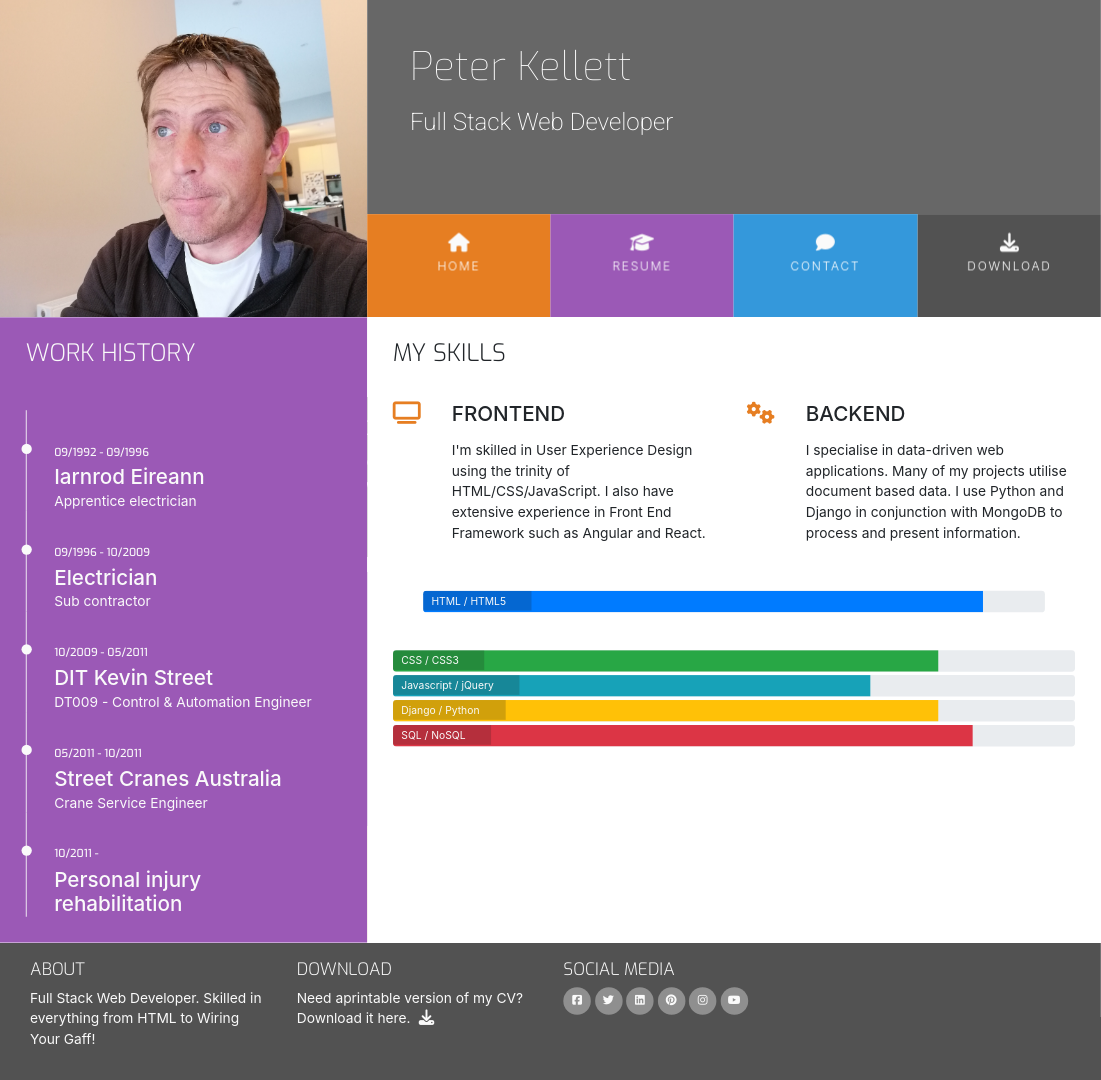
Repository: PeterKellett/resume-tutorial
Page: resume.html
The author's editor kept a record of every edit. The page is drawn from the files as they stood at one moment, then again after the next edit.
The browser window is 1280 px wide. The pictures show the whole page, at 86% of full size.
Some web libraries are served in a nearby version.

Above is the page before.

After the next edit:
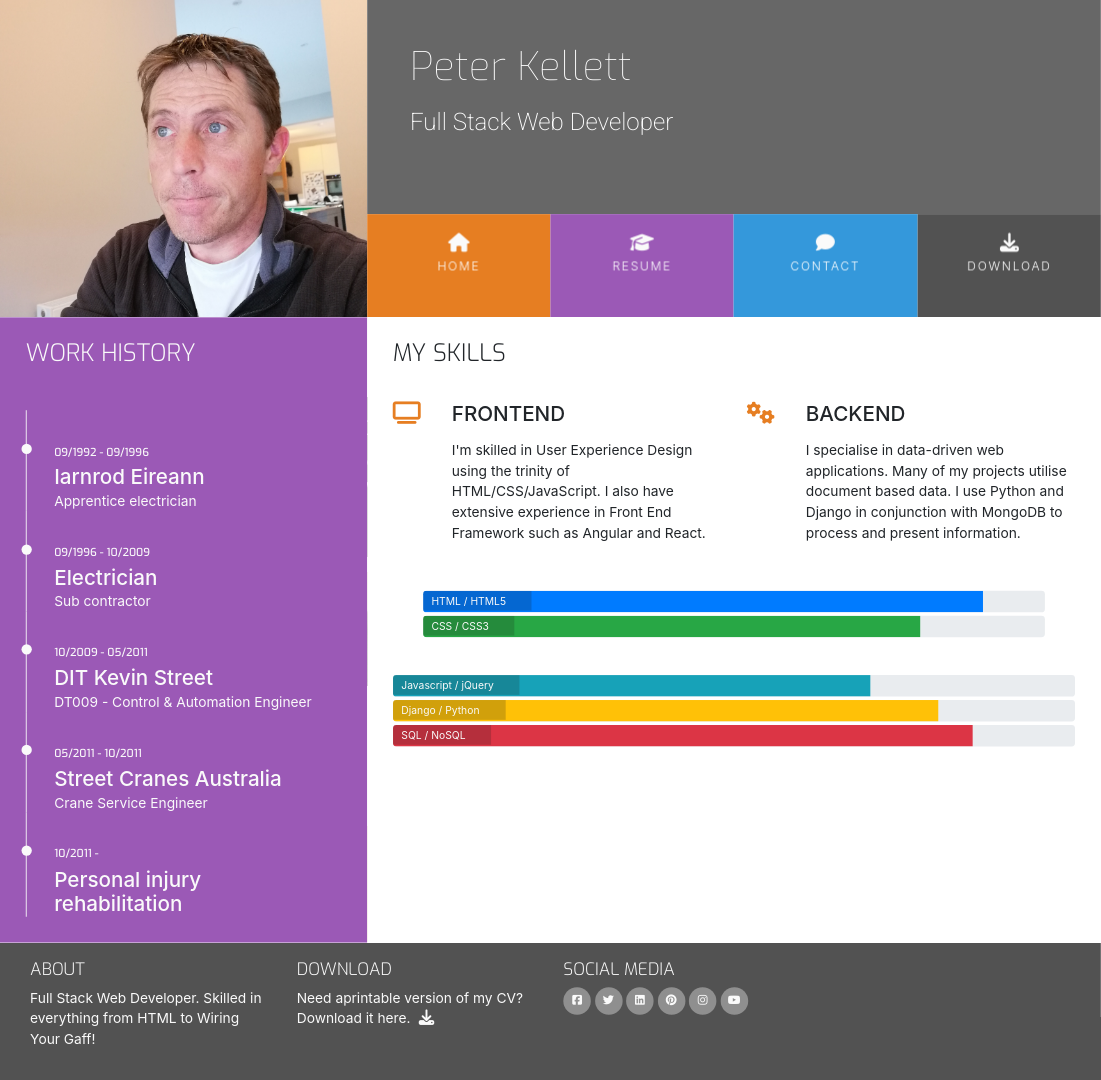
The edit:
--- a/resume.html
+++ b/resume.html
@@ -122,10 +122,7 @@
                             </div>
                             <span class="progress-type">HTML / HTML5</span>
                         </div>
-                    </div>
-                </div>
-                <div class="row">
-                    <div class="col">
+
                         <div class="progress">
                             <div class="progress-bar bg-success" role="progressbar" aria-valuenow="80" aria-valuemin="0" aria-valuemax="100" style="width:80%;">
                                 <span class="sr-only">80% complete</span>
